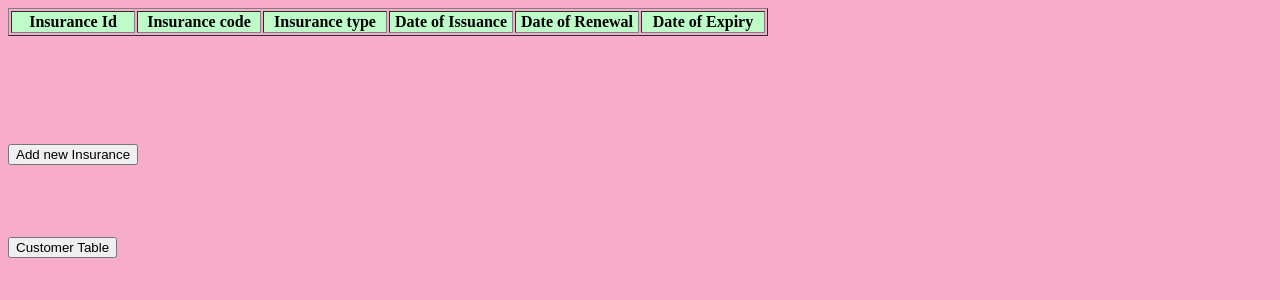
Repository: ankitasha/HomeProject
Page: http://localhost/insurance/WEB-INF/views/allinsurance.jsp
An editor plug-in stored every save of this project. The page is shown before and after the next save, followed by the edit.
The browser window is 1280 px wide. The pictures show the whole page.
The page is served by Tomcat 9. Nobody is signed in. Other server files are loaded and not shown. The template is opened directly, without the code that normally fills it, so the values that code supplies are empty.

Above is the page before, as saved 2017-05-05 08:44:32.

### insurance/src/main/webapp/WEB-INF/views/allinsurance.jsp
<%@ page language="java" contentType="text/html; charset=ISO-8859-1"
    pageEncoding="ISO-8859-1"%>
<!DOCTYPE html PUBLIC "-//W3C//DTD HTML 4.01 Transitional//EN" "http://www.w3.org/TR/html4/loose.dtd">
<%@ taglib uri="http://java.sun.com/jsp/jstl/core" prefix="c" %>
<html>
<head>
<meta http-equiv="Content-Type" content="text/html; charset=ISO-8859-1">
<title>All Customers</title>
<style type="text/css">

	#button {
     line-height: 12px;
     padding:5px;
     width: 100px;
     font-size: 8pt;
     font-family: tahoma;
     margin-top: 1px;
     margin-right: 0px;
     position:absolute;
     top:0;
     right:0;
 	}

 	#menu {
     line-height: 12px;
     padding:5px;
     width: 100px;
     font-size: 8pt;
     font-family: tahoma;
     margin-top: 1px;
     margin-right: 120px;
     position:absolute;
     top:0;
     right:0;
 	}

 	#row{
 	background-color: #C1C1C1;
 	}
</style>
</head>
<body style="background-color: #f7adca">
<table border="1">
  	<tr style="background-color: #BDFCC9">
  	    <th width="120">Insurance Id</th>
    	<th width="120">Insurance code</th>
    	<th width="120">Insurance type</th>
    	<th width="120">Date of Issuance</th>
    	<th width="120">Date of Renewal</th>
    	<th width="120">Date of Expiry</th>
   	</tr>
 <c:forEach var="allinsurance" items="${allinsurance}" varStatus="status">
    <tr>
       <td id="row">${allinsurance.insuranceid}</td>
       <td id="row">${allinsurance.insurancecode}</td>
       <td id="row">${allinsurance.dateofIssuance}</td>
       <td id="row">${allinsurance.dateofRenewal}</td>
       <td id="row">${allinsurance.dateofExpiry}</td>
       <td id="row">${allinsurance.customer}</td>
       <td style="background-color: #5CACEE"><a href="viewcustomer/${allinsurance.insuranceid}">view</a></td>
 	  <td style="background-color: #5CACEE"><a href="edit/${allinsurance.insuranceid}">edit</a></td>
	  <td style="background-color: #F08080"><a href="delete/${allinsurance.insuranceid}">delete</a></td>
   </tr>
</c:forEach>
</table>
    <br>
    <br>
    <br>
    <br>
    <br>
    <br>
    <form method="get" action="addinsurance">
    	<button id="addinsurance" type="submit">Add new Insurance</button>
    </form>
     <br>
    <br>
    <br>
    <br>
  	<form method="get" action="allcustomer">
    	<button id="allcustomer" type="submit">Customer Table</button>
    </form>
</body>
</html>

After the next save:
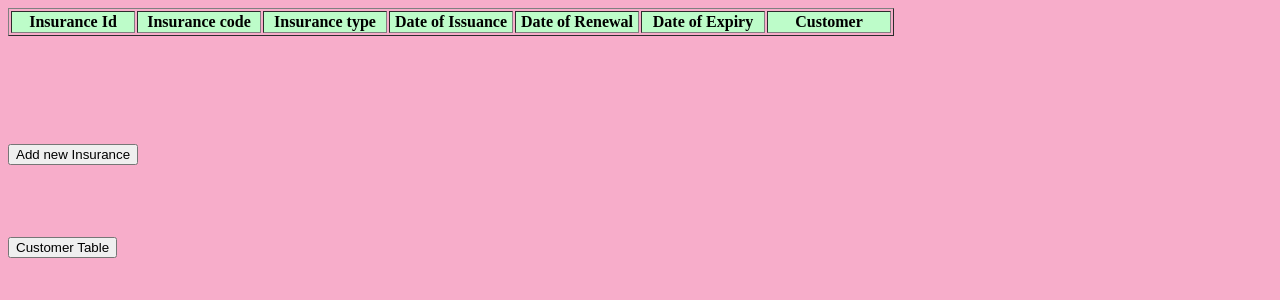
Saved 2 min 44 s later.
--- a/insurance/src/main/webapp/WEB-INF/views/allinsurance.jsp
+++ b/insurance/src/main/webapp/WEB-INF/views/allinsurance.jsp
@@ -48,6 +48,7 @@
     	<th width="120">Date of Issuance</th>
     	<th width="120">Date of Renewal</th>
     	<th width="120">Date of Expiry</th>
+    	<th width="120">Customer</th>
    	</tr>
  <c:forEach var="allinsurance" items="${allinsurance}" varStatus="status">
     <tr>
